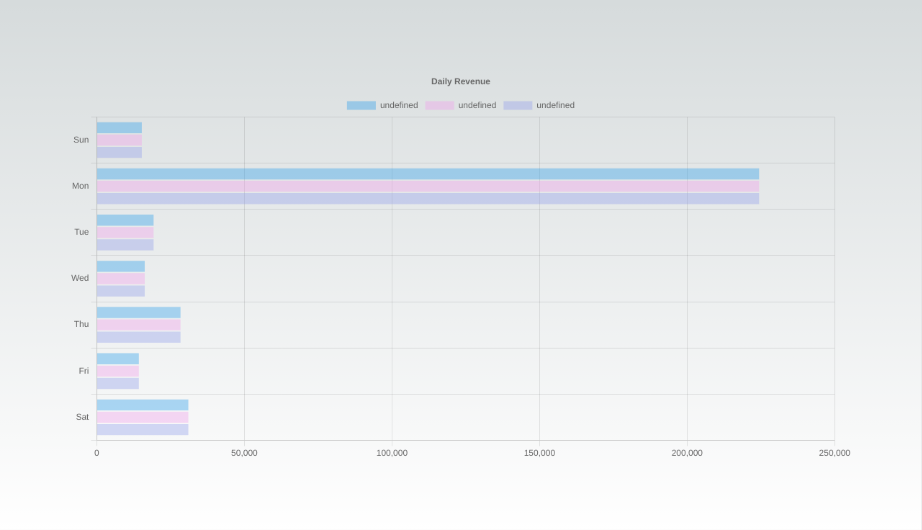
Repository: GavinPahal/exercise-5
Page: /
The author's editor kept a copy of each file at every save. The page is drawn from the files as they stood at one save, then again after the next save.
The browser window is 1280 px wide. The pictures show the whole page, at 72% of full size.
The project was rebuilt for these pictures with package versions that can differ from the ones it lists, and the page was loaded fresh each time. The framework's server and built-in components were replaced by stand-ins that run in the browser. Also part of the build but not shown: next.config.mjs, components/Vertical/index.js.

Above is the page before, as saved 2024-04-15 10:42:17.

After the next save:
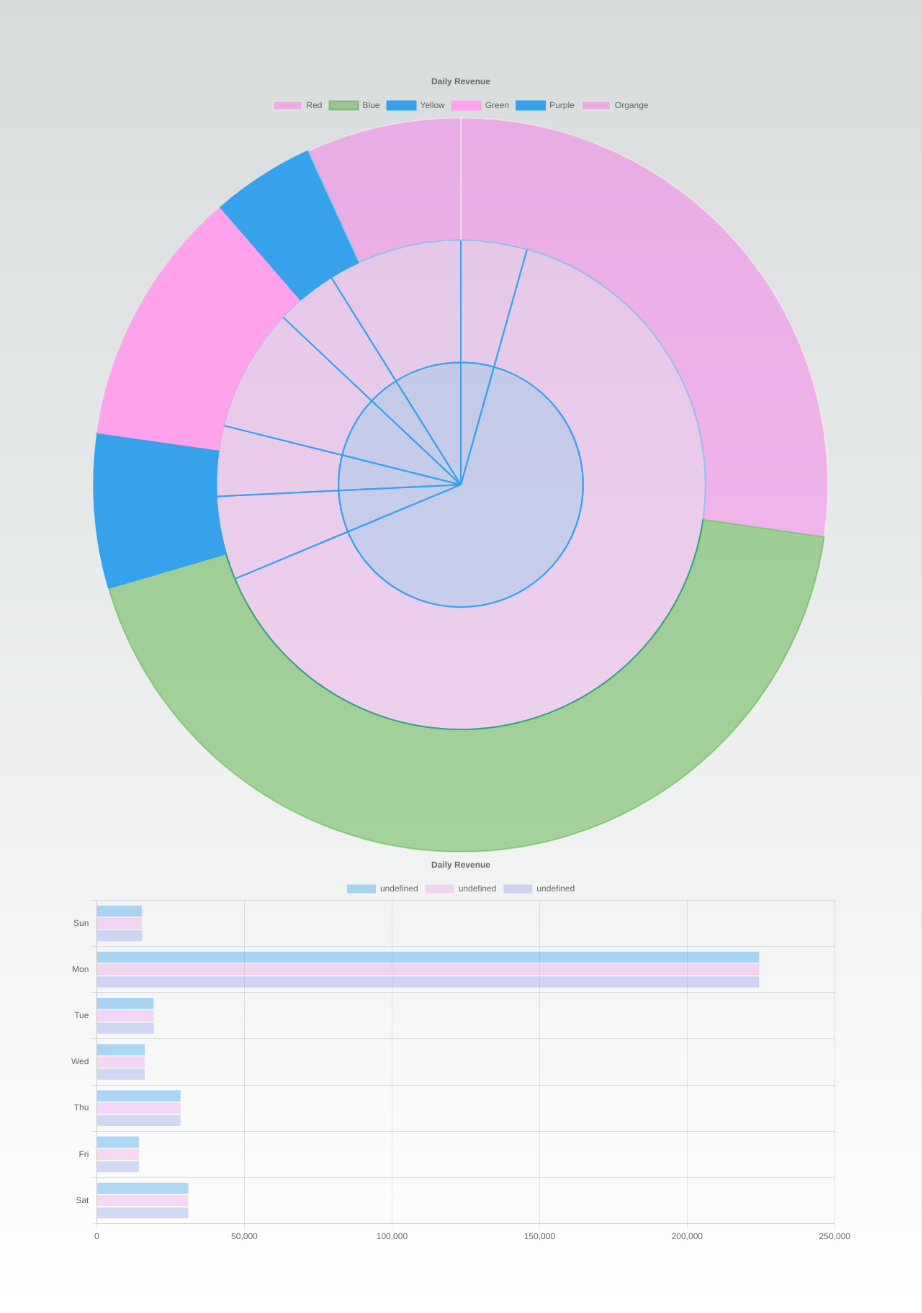
Saved 14 s later.
--- a/pages/index.js
+++ b/pages/index.js
@@ -7,6 +7,7 @@ export default function Home() {
   return (
     <>
       <main className={`${styles.main}`}>
+        <PieChart/>
        {/* <VerticalChart/> */}
        <HoriztonalChart/>
       </main>
